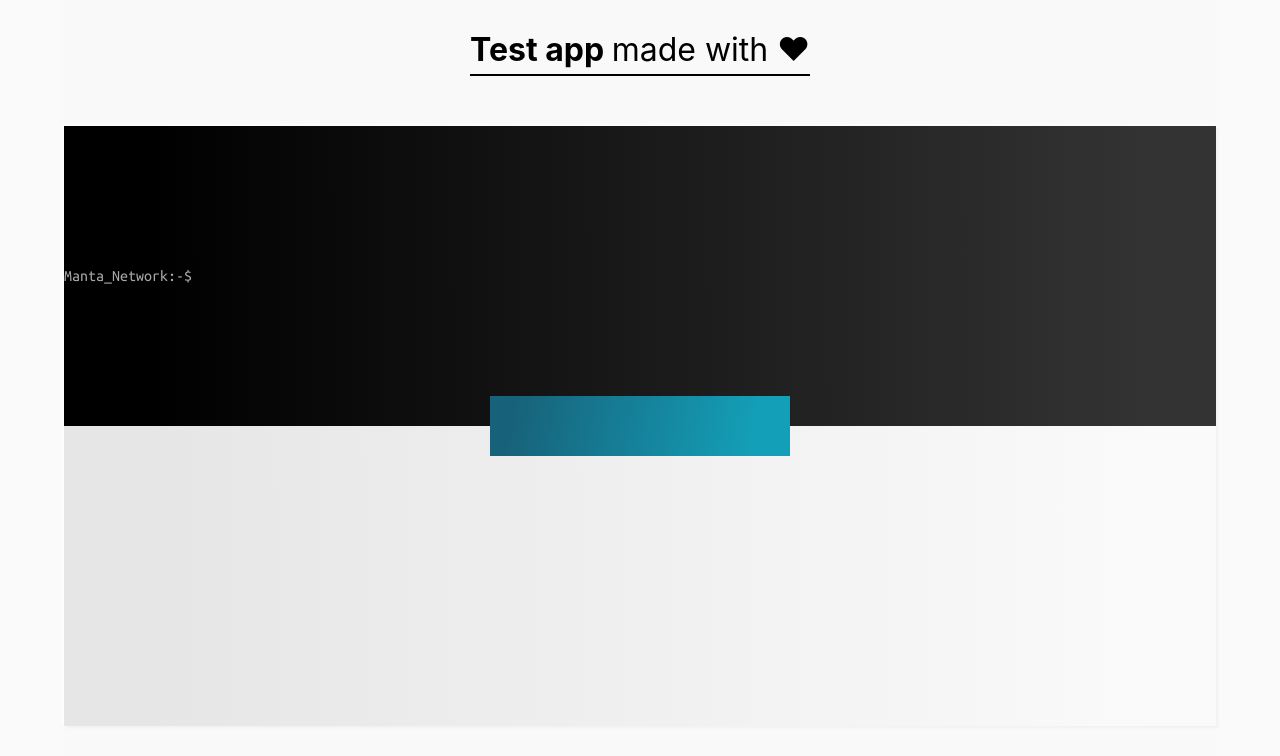
Repository: Khattak01/test-app
Page: /
These files come from the project's save history. The page is drawn as it stood at one moment and after the next save; the edit follows.
The browser window is 1280 px wide. The pictures show the whole page.
The project was rebuilt for these pictures with package versions that can differ from the ones it lists, and the page was loaded fresh each time.

Above is the page before, as saved 2021-05-12 08:16:21.

### public/index.html
<!DOCTYPE html>
<html lang="en">
  <head>
    <meta charset="utf-8" />
    <link rel="icon" href="%PUBLIC_URL%/favicon.ico" />
    <meta name="viewport" content="width=device-width, initial-scale=1" />
    <meta name="theme-color" content="#000000" />
    <meta
      name="description"
      content="Web site created using create-react-app"
    />
    <link rel="apple-touch-icon" href="%PUBLIC_URL%/logo192.png" />
    <!--
      manifest.json provides metadata used when your web app is installed on a
      user's mobile device or desktop. See https://developers.google.com/web/fundamentals/web-app-manifest/
    -->
    <link rel="manifest" href="%PUBLIC_URL%/manifest.json" />
    <!--
      Notice the use of %PUBLIC_URL% in the tags above.
      It will be replaced with the URL of the `public` folder during the build.
      Only files inside the `public` folder can be referenced from the HTML.

      Unlike "/favicon.ico" or "favicon.ico", "%PUBLIC_URL%/favicon.ico" will
      work correctly both with client-side routing and a non-root public URL.
      Learn how to configure a non-root public URL by running `npm run build`.
    -->
    <title>Test App</title>
  </head>
  <body>
    <noscript>You need to enable JavaScript to run this app.</noscript>
    <div id="root"></div>
    <!--
      This HTML file is a template.
      If you open it directly in the browser, you will see an empty page.

      You can add webfonts, meta tags, or analytics to this file.
      The build step will place the bundled scripts into the <body> tag.

      To begin the development, run `npm start` or `yarn start`.
      To create a production bundle, use `npm run build` or `yarn build`.
    -->
  </body>
</html>

### src/index.js
import React from 'react';
import ReactDOM from 'react-dom';
import './index.css';
import App from '../src/components/app/App';

ReactDOM.render(
  <React.StrictMode>
      <App />
  </React.StrictMode>,
  document.getElementById('root')
);

### src/index.css
*{
  margin: 0;
  padding: 0;
  box-sizing: border-box;
}
body {
  margin: 0;
  font-family: -apple-system, BlinkMacSystemFont, 'Segoe UI', 'Roboto', 'Oxygen',
    'Ubuntu', 'Cantarell', 'Fira Sans', 'Droid Sans', 'Helvetica Neue',
    sans-serif;
  -webkit-font-smoothing: antialiased;
  -moz-osx-font-smoothing: grayscale;
}

code {
  font-family: source-code-pro, Menlo, Monaco, Consolas, 'Courier New',
    monospace;
}

.container{
  width:90%;
  margin:auto auto;
  background-color: #f9f9f9;
  padding: 10px;
}

### src/components/app/App.js
import React from 'react'
import './App.css'
import Banner from '../banner/Banner'

const App = () => {
    return (
        <div className="app container">
            <h1>Test app <span style={{fontWeight:'lighter'}}> made with </span> &#10084;</h1>
            <Banner />
        </div>
    )
}

export default App

### src/components/app/App.css
@import url("https://fonts.googleapis.com/css2?family=Ubuntu+Mono:ital,wght@0,400;0,700;1,400&display=swap");
@import url("https://fonts.googleapis.com/css2?family=Roboto:ital,wght@0,300;0,400;0,500;0,700;1,300;1,400;1,500;1,700&display=swap");

body {
  background-color: #fafafa;
}
.app {
  padding: 30px 0;
  min-height: 100vh;
  text-align: center;
}
.app > h1 {
  display: inline-block;

  text-align: center;
  width: max-content;
  padding-bottom: 5px;
  border-bottom: 2px solid black;
  margin-bottom: 50px;
}

:root {
  --color-primary: linear-gradient(
    100.28537797494744deg,
    rgba(23, 98, 122, 1) 6.8671875%,
    rgba(23, 98, 122, 1) 8.216145833333332%,
    rgba(20, 159, 184, 1) 87.80468749999999%
  );

  --color-dark: linear-gradient(
    89.76211853375082deg,
    rgba(0, 0, 0, 1) 5.893229166666666%,
    rgba(0, 0, 0, 1) 7.356770833333332%,
    rgba(51, 51, 51, 1) 93.70572916666666%
  );

  --color-light: linear-gradient(
    89.76211853375082deg,
    rgba(230, 230, 230, 1) 5.893229166666666%,
    rgba(230, 230, 230, 1) 7.356770833333332%,
    rgba(250, 250, 250, 1) 93.70572916666666%
  );

  --font-heading: "Ubuntu Mono", monospace;
  --font-generic: "Roboto", sans-serif;
}

.heading{
  font-family:var(--font-heading);
  color: #a8a8a8;
  font-weight:500;
}
.text{
  font-family: var(--font-generic);
  color: #fafafa;
}

### src/components/banner/Banner.js
import React from 'react'
import classes from './Banner.module.css'

import Box from '../../UI/box/Box'

const Banner = () => {

    return (
        <Box className={classes.banner}>
            {/* <h1>Test App</h1>
            <button className={classes.banner__btn}>Button</button> */}
            <div className={classes.banner__top}>
                <h4 className="heading">Manta_Network:-$</h4>
            </div>
            <div className={classes.banner__center}></div>
            <div className={classes.banner__bottom}></div>
        </Box>
    )
}

export default Banner

### src/components/banner/Banner.module.css
.banner {
  width: 100%;
  max-width: 80rem;
  /* border: 1px solid black; */
  margin: auto auto;
  /* padding: 20px; */
  position: relative;
}

.banner__top,.banner__bottom{
  min-height: 300px;
  width: 100%;
  background-color: red;
}
.banner__top{
  background-image: var(--color-dark);
  position: relative;

  display: flex;
  align-items: center;

}
.banner__center{
  position: absolute;
  top: 50%;
  left: 50%;
  transform: translate(-50%,-50%);

  background-image: var(--color-primary);
  width: 300px;
  height:60px
}
.banner__bottom{
  background-image: var(--color-light)
}



.banner__btn {
  margin: auto auto;
  width: 300px !important;
  display: flex;
  justify-content: center;
  align-items: center;
  /* background:#1AAB8A; */

  background-image: var(--color-primary);

  color: #fff;
  border: none;
  position: relative;
  height: 60px;
  font-size: 18px;
  padding: 0 20px;
  cursor: pointer;
  transition: 800ms ease all;
  outline: none;
}
.banner__btn:hover {
  background: #fff;
  color: #1aab8a;
}
.banner__btn:before,
.banner__btn:after {
  content: "";
  position: absolute;
  top: 0;
  right: 0;
  height: 2px;
  width: 0;
  background: #1aab8a;
  transition: 400ms ease all;
}
.banner__btn:after {
  right: inherit;
  top: inherit;
  left: 0;
  bottom: 0;
}
.banner__btn:hover:before,
.banner__btn:hover:after {
  width: 100%;
  transition: 800ms ease all;
}

### src/UI/box/Box.js

import React from 'react'
import classes from './Box.module.css'

const Box = (props) => {
    return (
        <div onClick={props.onClick} className={[classes.box,props.className].join(' ')}>
            {props.children}
        </div>
    )
}

export default Box

### src/UI/box/Box.module.css
.box {
  background-color: #ffffff;
  transition: all 0.25s cubic-bezier(0.86, 1.26, 0.59, 1.03);
  /* min-height: 1rem; */
  /* padding: 1rem; */
  /* border-radius: 1rem; */
  box-shadow: 2px 2px 2px #f2f2f2, -2px -1px 3px #ffffff;
}
.box:hover {
  /* transform: translateZ(0) scale(1.05); */
  backface-visibility: hidden;
}

After the next save:
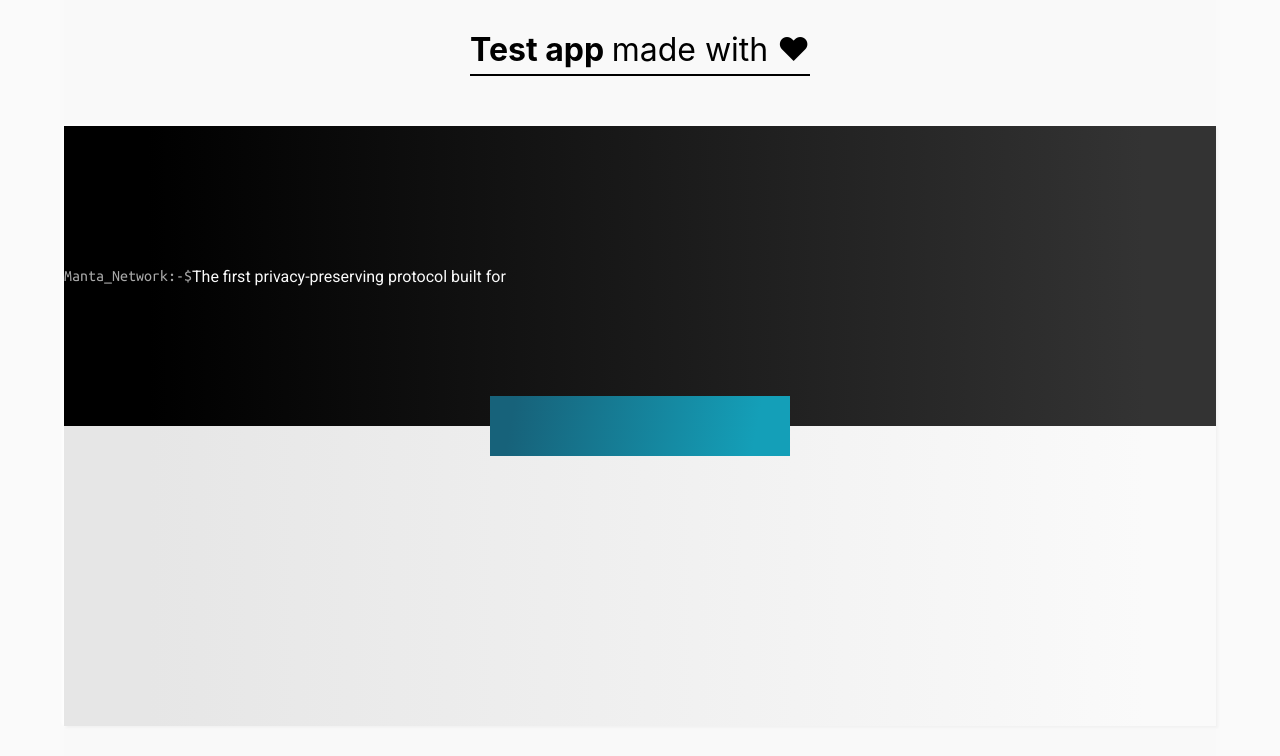
Saved 46 s later.
--- a/src/components/banner/Banner.js
+++ b/src/components/banner/Banner.js
@@ -11,6 +11,7 @@
             <button className={classes.banner__btn}>Button</button> */}
             <div className={classes.banner__top}>
                 <h4 className="heading">Manta_Network:-$</h4>
+                <p className='text'>The first privacy-preserving protocol built for</p>
             </div>
             <div className={classes.banner__center}></div>
             <div className={classes.banner__bottom}></div>
